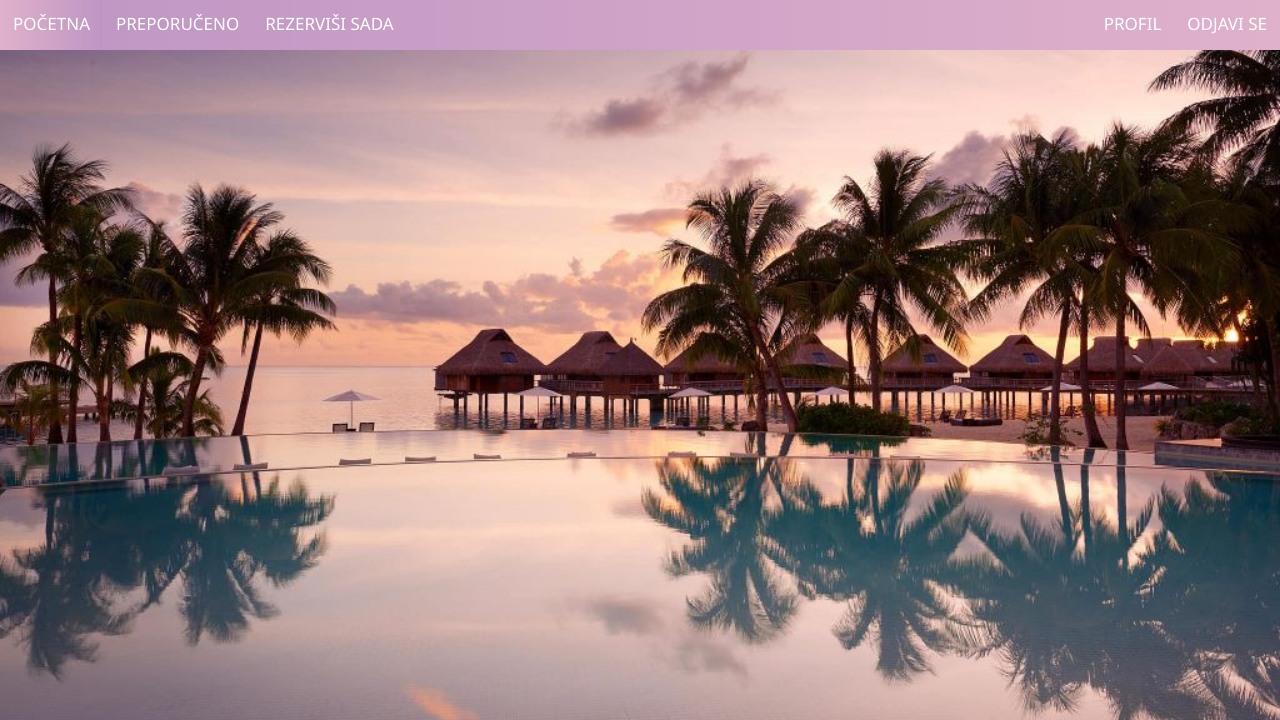
Repository: FTN-E2-materials/WEB
Page: BookingApp/static/index.html
An editor plug-in stored every save of this project. The page is shown before and after the next save, followed by the edit.
The browser window is 1280 px wide. The pictures show the whole page.
The page's requests for data from a server got no answer.

Above is the page before, as saved 2020-08-27 23:17:13.

After the next save:
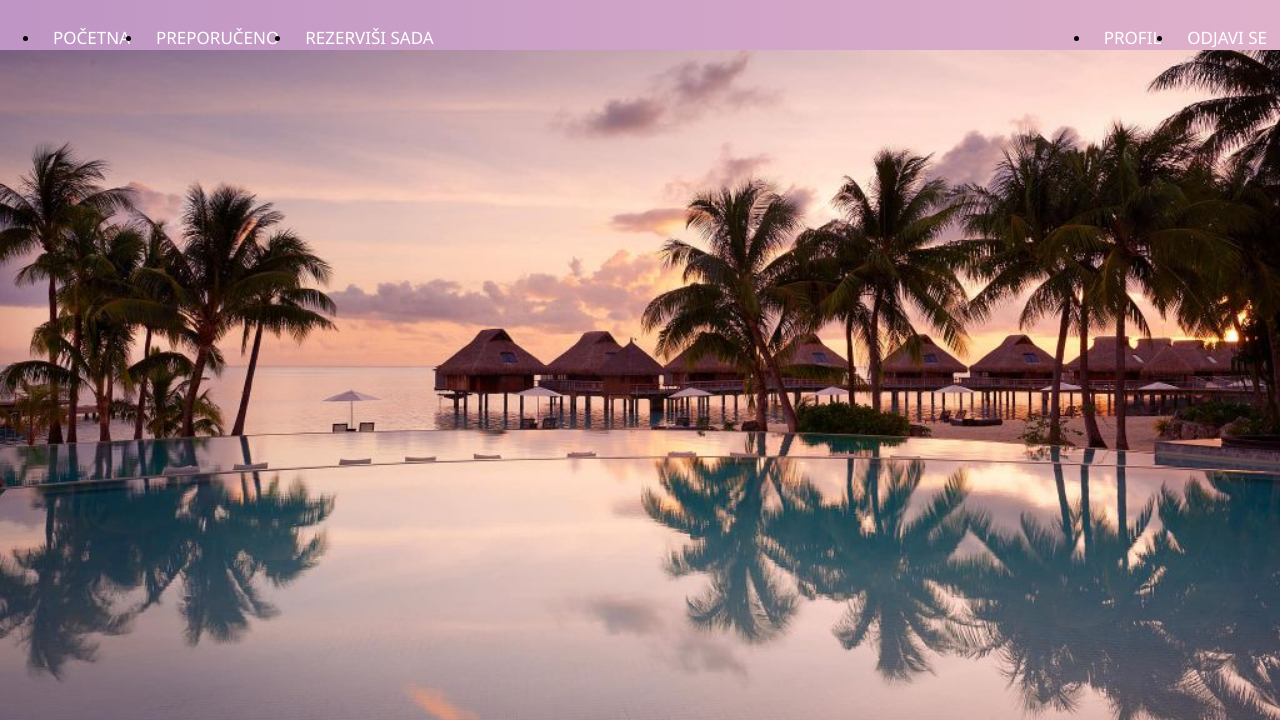
Saved 4 min 39 s later.
--- a/BookingApp/static/index.html
+++ b/BookingApp/static/index.html
@@ -1,7 +1,6 @@
 <!DOCTYPE html>
 <html>
 <head>
-<link href="css/startpage.css" rel="stylesheet" />
 <link href="css/bookpage.css" rel="stylesheet" />
 <link rel="stylesheet" href="https://fonts.googleapis.com/icon?family=Material+Icons"/>
 <link rel="stylesheet" href="https://cdnjs.cloudflare.com/ajax/libs/font-awesome/4.7.0/css/font-awesome.min.css">
